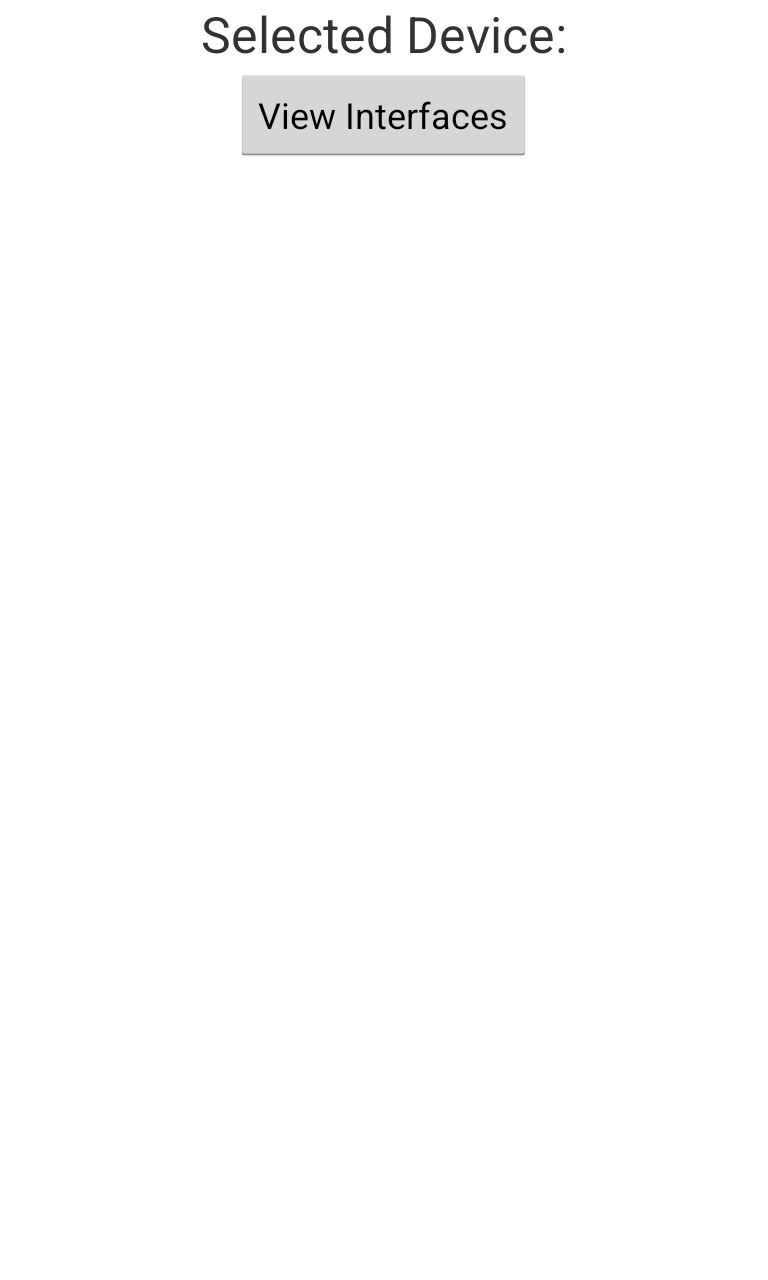
Repository: ArisKots1992/Software-Development
Layout: Anaptiksi Logismikou/Anaptiksi Logismikou/AdminClientApplication/res/layout/second_tab.xml
The author's editor kept a copy of each file at every save. The layout is drawn from the files as they stood at one save, then again after the next save.
It is drawn on a 768 x 1280 px phone screen (xhdpi) without system bars, with theme AppTheme; the app's code is not run. Lists and similar views that code fills are empty.

Above is the layout before, as saved 2015-01-18 16:41:07.

After the next save:
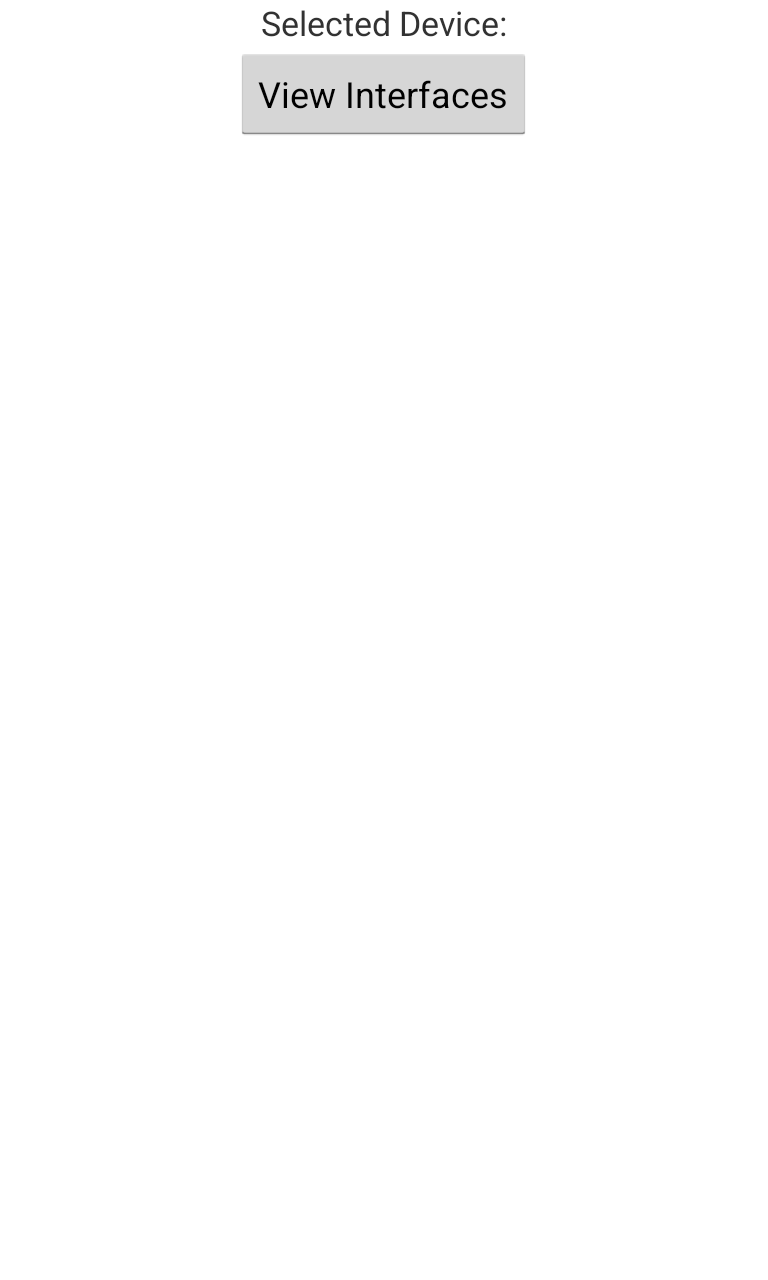
Saved 89 s later.
--- a/Anaptiksi Logismikou/Anaptiksi Logismikou/AdminClientApplication/res/layout/second_tab.xml
+++ b/Anaptiksi Logismikou/Anaptiksi Logismikou/AdminClientApplication/res/layout/second_tab.xml
@@ -10,7 +10,7 @@
         android:layout_width="wrap_content"
         android:layout_height="wrap_content"
         android:text="Selected Device:"
-        android:textSize="25sp" />
+        android:textSize="17sp" />
 
     <Button
         android:id="@+id/button1"
